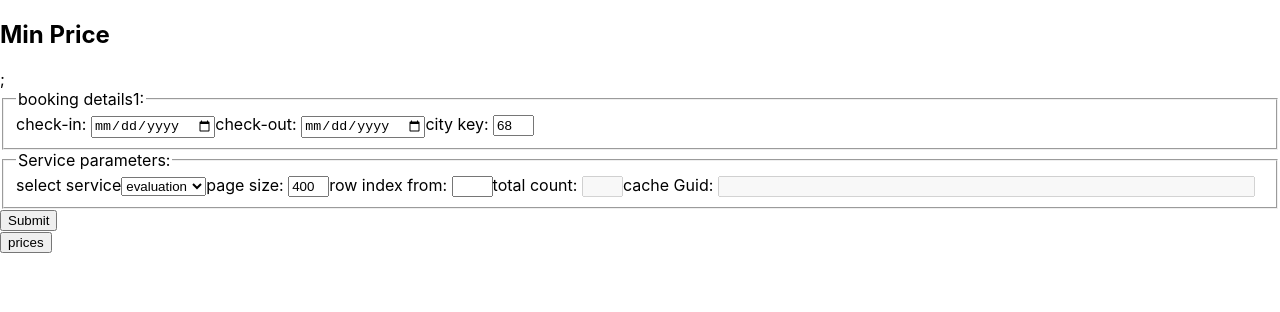
Repository: vsterev/il-test
Page: /min-price
These files come from the project's save history. The page is drawn as it stood at one moment and after the next save; the edit follows.
The browser window is 1280 px wide. The pictures show the whole page.
The project was rebuilt for these pictures with package versions that can differ from the ones it lists, and the page was loaded fresh each time. A package was used in the major version that the imports need, not the one package.json lists. Also part of the build but not shown: src/components/error/index.jsx.

Above is the page before, as saved 2021-04-27 19:38:30.

After the next save:
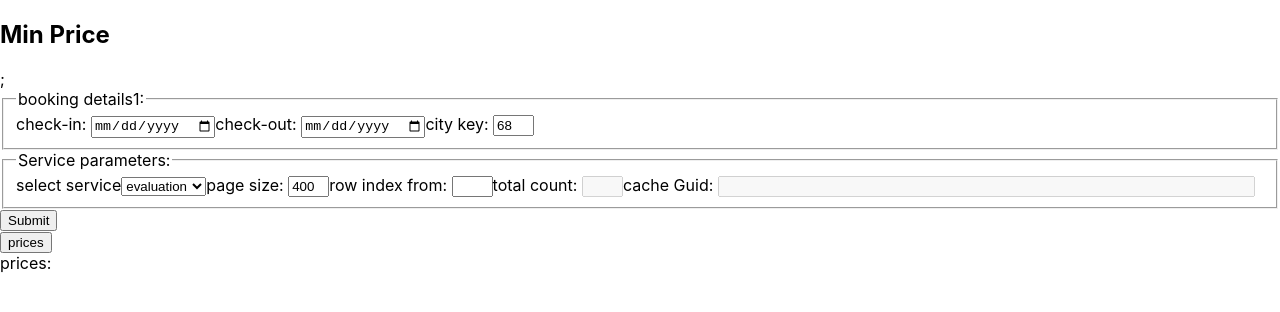
Saved 27 s later.
--- a/src/components/minPrice/index.jsx
+++ b/src/components/minPrice/index.jsx
@@ -113,7 +113,7 @@
       </form>
       <button onClick={() => console.log(prices)}>prices</button>
       {!!request && <div>request: {request}</div>}
-      {!!prices && <div>prices: </div> &&
+      {(!!prices && <div>prices: </div>) ||
         prices.map((el, i) => {
           return (
             <div key={i}>

After the save that followed:
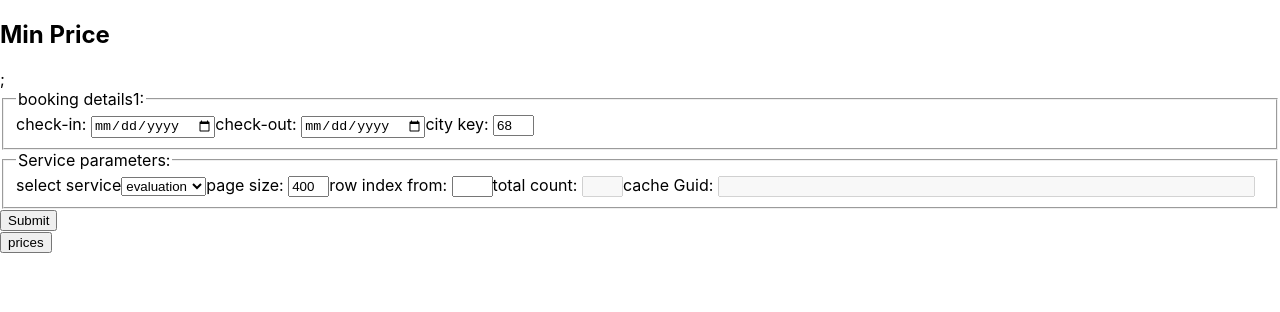
Saved 10 s later.
--- a/src/components/minPrice/index.jsx
+++ b/src/components/minPrice/index.jsx
@@ -113,7 +113,7 @@
       </form>
       <button onClick={() => console.log(prices)}>prices</button>
       {!!request && <div>request: {request}</div>}
-      {(!!prices && <div>prices: </div>) ||
+      {!!prices && <div>prices: </div> &&
         prices.map((el, i) => {
           return (
             <div key={i}>
